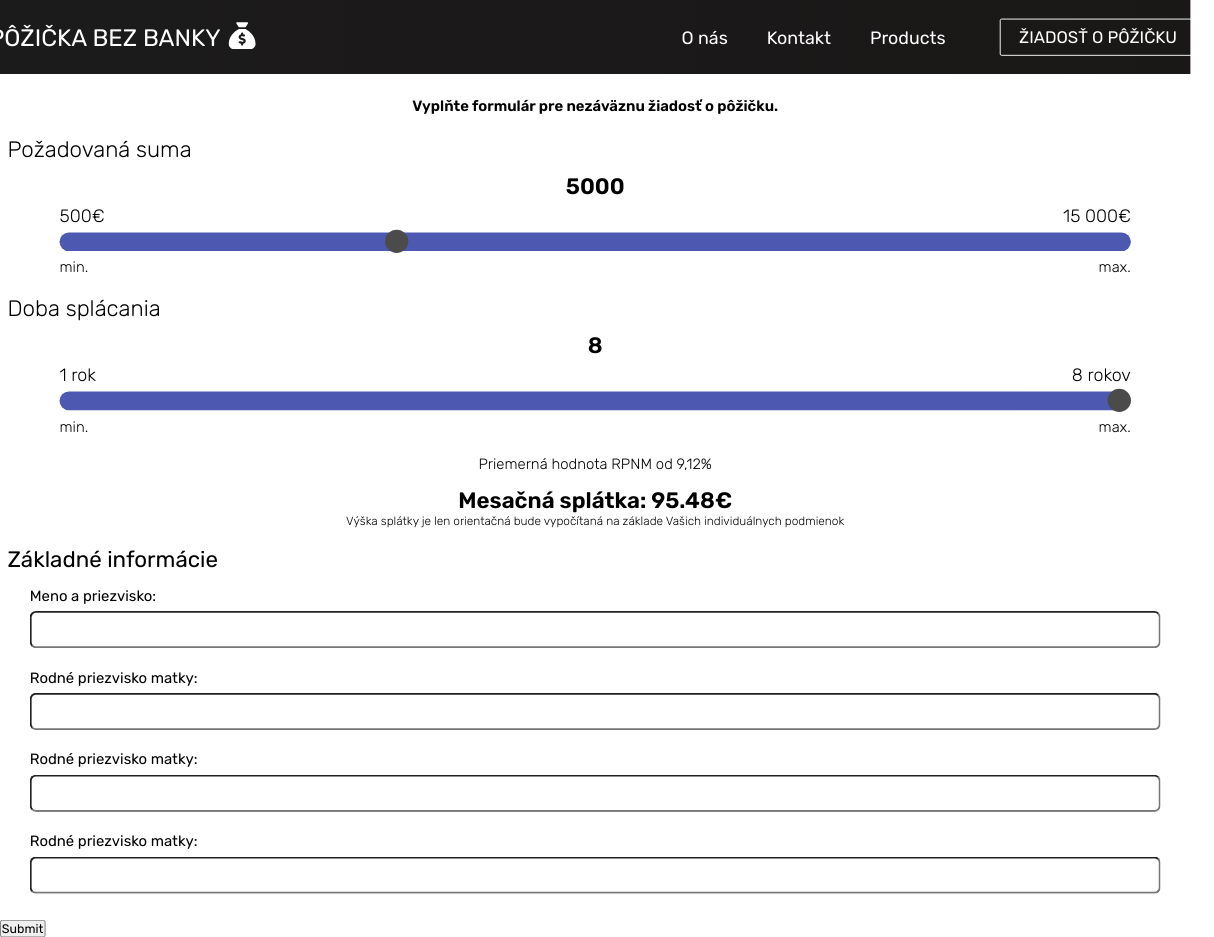
Repository: steve-lgtm/React-website-pozickabezbanky
Page: /ziadost
These files come from the project's save history. The page is drawn as it stood at one moment and after the next save; the edit follows.
The browser window is 1280 px wide. The page is 1305 px wide, so the pictures cover 1305 px, including what lies to the right of the window. The pictures show the whole page, at 93% of full size.
Some web libraries are served in a nearby version. The project was rebuilt for these pictures with package versions that can differ from the ones it lists, and the page was loaded fresh each time. Also part of the build but not shown: src/components/pages/Home.js, src/components/pages/Kontakt.js, src/components/pages/Products.js.

Above is the page before, as saved 2022-07-11 19:34:46.

After the next save:
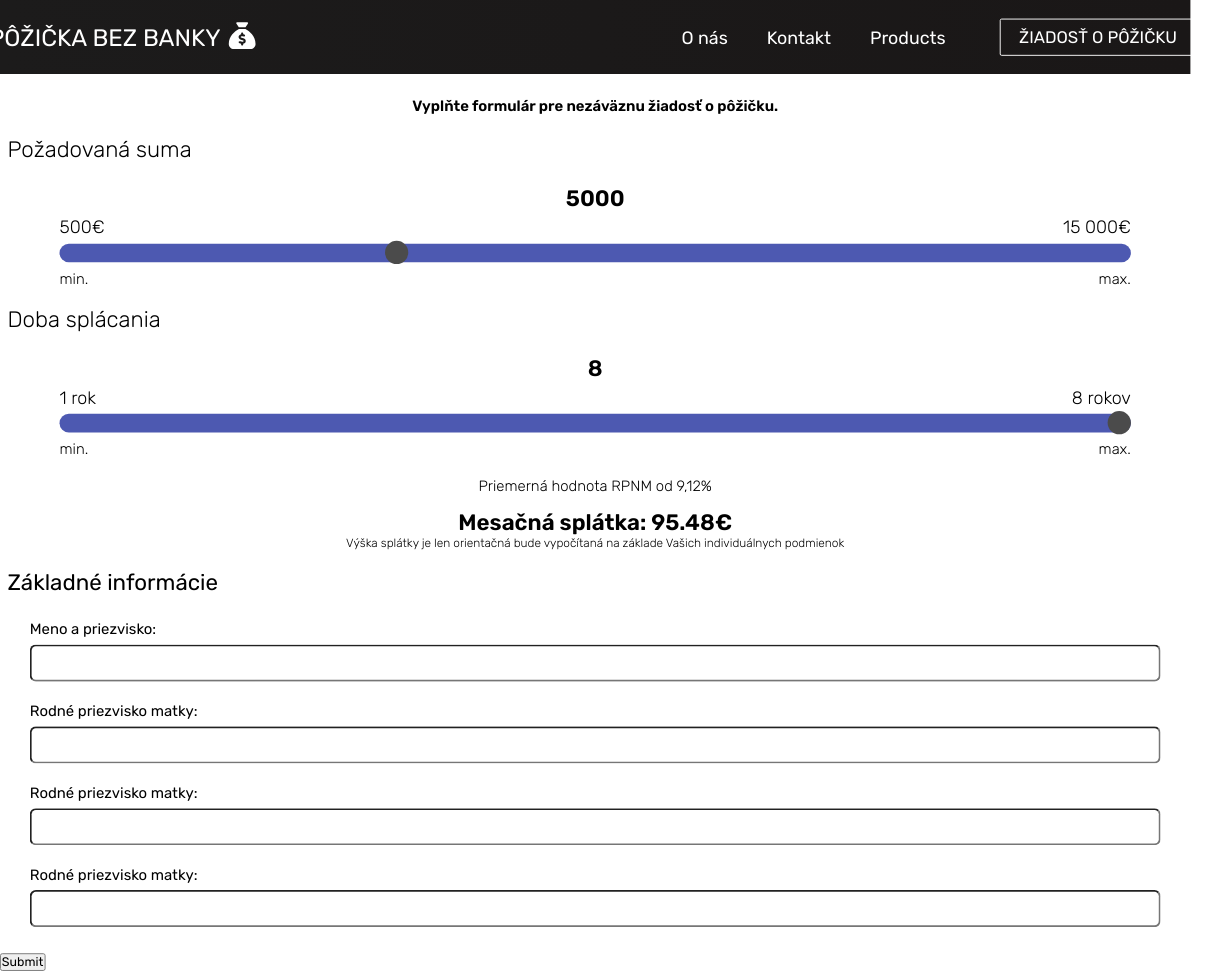
Saved 3 min 40 s later.
--- a/src/components/pages/Ziadost.css
+++ b/src/components/pages/Ziadost.css
@@ -55,7 +55,7 @@
 .section-name {
     align-self: flex-start;
     font-size: 1.5em;
-    margin-bottom: 0.5em;
+    margin-bottom: 1em;
 }
 
   .slider::-webkit-slider-thumb {

After the save that followed:
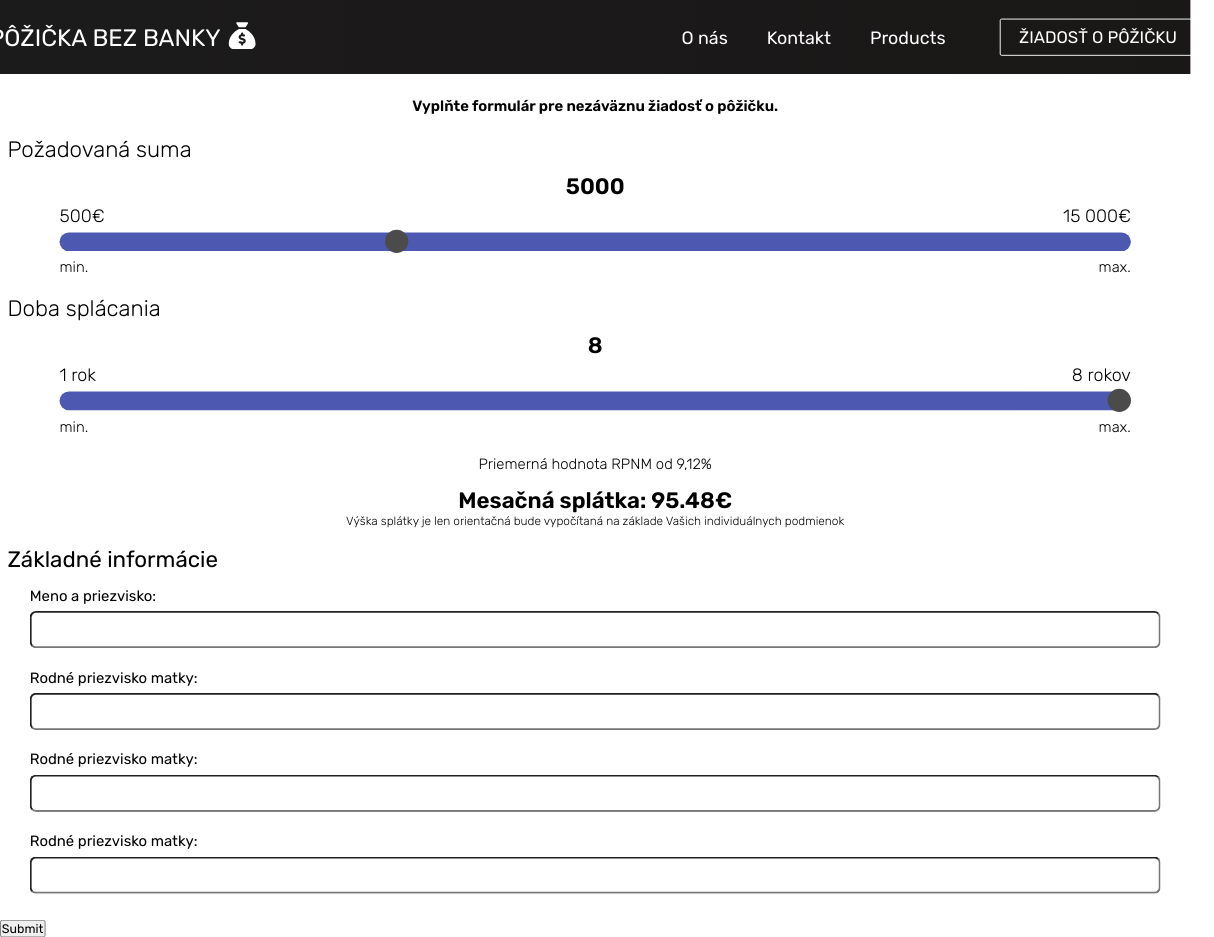
Saved 10 s later.
--- a/src/components/pages/Ziadost.css
+++ b/src/components/pages/Ziadost.css
@@ -55,7 +55,7 @@
 .section-name {
     align-self: flex-start;
     font-size: 1.5em;
-    margin-bottom: 1em;
+    margin-bottom: 0.5em;
 }
 
   .slider::-webkit-slider-thumb {
